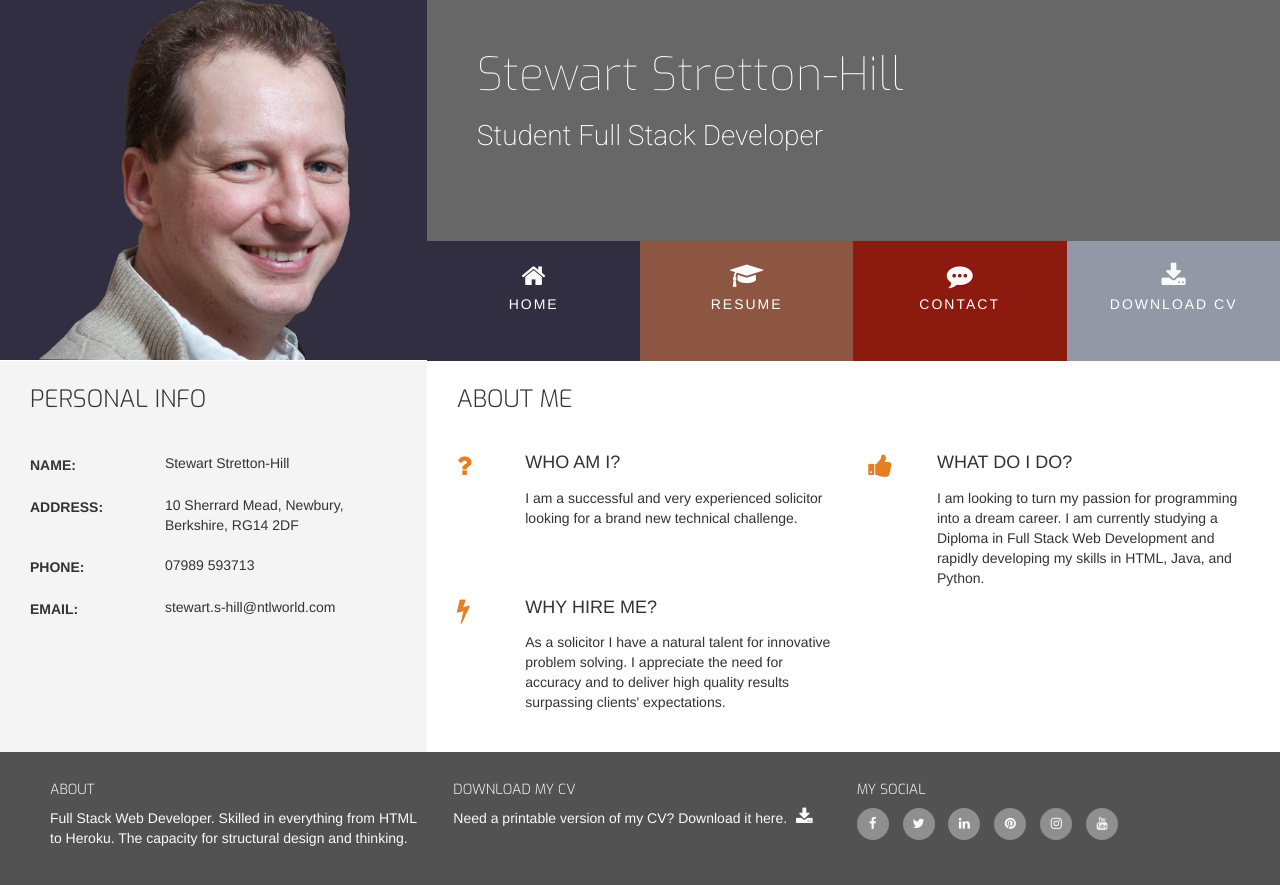
Repository: Shilldon/CV
Page: index.html
The author's editor kept a record of every edit. The page is drawn from the files as they stood at one moment, then again after the next edit.
The browser window is 1280 px wide. The pictures show the whole page.

Above is the page before.

### index.html
<!DOCTYPE html>
<html lang="en">

<head>
    <link rel="stylesheet" href="https://maxcdn.bootstrapcdn.com/bootstrap/3.3.7/css/bootstrap.min.css" type="text/css" />
    <link rel="stylesheet" href="https://stackpath.bootstrapcdn.com/font-awesome/4.7.0/css/font-awesome.min.css" type="text/css" />
    <link rel="stylesheet" href="https://cdnjs.cloudflare.com/ajax/libs/hover.css/2.3.1/css/hover-min.css" type="text/css" />
    <link rel="stylesheet" href="assets/css/style.css" type="text/css" />
    <meta name="viewport" content="width=device-width, initial-scale-1">
</head>

<body>
    <header class="container-fluid">
        <div class="row">
            <a href="index.html" alt="profile image">
                <div class="col-md-4 logo"></div>
            </a>
            <div class="col-md-8">
                <div class="row bg-color-name-title">
                    <div class="heading">
                        <h1 class="name">Stewart Stretton-Hill</h1>
                        <h2 class="title">Student Full Stack Developer</h2>
                    </div>
                </div>

                <div class="row">
                    <ul id="nav" class="list-inline clearfix">
                        <li class="col-xs-6 col-sm-3 ui-menu-color-home menuitem">
                            <a href="index.html" class="hvr-sweep-to-bottom"><i class="fa fa-home" aria-hidden="true"></i><span>Home</span></a>
                        </li>
                        <li class="col-xs-6 col-sm-3 ui-menu-color-resume menuitem">
                            <a href="resume.html" class="hvr-sweep-to-bottom"><i class="fa fa-graduation-cap" aria-hidden="true"></i><span>Resume</span></a>
                        </li>
                        <li class="col-xs-6 col-sm-3 ui-menu-color-contact menuitem">
                            <a href="contact.html" class="hvr-sweep-to-bottom"><i class="fa fa-commenting" aria-hidden="true"></i><span>Contact</span></a>
                        </li>
                        <li class="col-xs-6 col-sm-3 ui-menu-color-download menuitem">
                            <a href="assets/cv/sample-cv.pdf" target="_blank" class="hvr-sweep-to-bottom"><i class="fa fa-download" aria-hidden="true"></i><span>Download CV</span></a>
                        </li>
                    </ul>
                </div>
            </div>
        </div>
    </header>

    <section class="container-fluid">
        <div class="row row-table">
            <div class="col-xs-12 col-sm-12 col-md-4 bg-color-personal-info section-column">
                <div class="row">
                    <div class="col-md-12">
                        <h3 class="section-heading uppercase">Personal Info</h3>
                    </div>
                </div>
                <div class="personal-info-item">
                    <div class="key">
                        <p class="uppercase">Name:</p>
                    </div>
                    <div class="value">
                        <p>Stewart Stretton-Hill</p>
                    </div>
                </div>
                <div class="personal-info-item">
                    <div class="key">
                        <p class="uppercase">Address:</p>
                    </div>
                    <div class="value">
                        <p>10 Sherrard Mead, Newbury, Berkshire, RG14 2DF</p>
                    </div>
                </div>
                <div class="personal-info-item">
                    <div class="key">
                        <p class="uppercase">Phone:</p>
                    </div>
                    <div class="value">
                        <p>07989 593713</p>
                    </div>
                </div>
                <div class="personal-info-item">
                    <div class="key">
                        <p class="uppercase">Email:</p>
                    </div>
                    <div class="value">
                        <p>stewart.s-hill@ntlworld.com</p>
                    </div>
                </div>
            </div>
            <div class="col-xs-12 col-sm-12 col-md-8 bg-color-three-reasons section-column">
                <div class="row">
                    <div class="col-md-12">
                        <h3 class="section-heading uppercase">About Me</h3>
                    </div>
                </div>

                <div class="row">
                    <div class="col-xs-10 col-xs-offset-1 col-sm-offset-0 col-sm-4 col-md-6">
                        <div class="row">
                            <div class="col-xs-2 col-sm-2 col-md-2">
                                <i class="three-reasons-icon fa fa-question" aria-hidden="true"></i>
                            </div>
                            <div class="col-xs-10 col-sm-10 ">
                                <h4 class="three-reasons-heading uppercase">Who am I?</h4>
                                <p>
                                    I am a successful and very experienced solicitor looking for a brand new technical challenge.
                                </p>
                            </div>
                        </div>
                    </div>
                    <div class="col-xs-10 col-xs-offset-1 col-sm-offset-0 col-sm-4 col-md-6">
                        <div class="row">
                            <div class="col-xs-2 col-sm-2 col-md-2">
                                <i class="three-reasons-icon fa fa-thumbs-up" aria-hidden="true"></i>
                            </div>
                            <div class="col-xs-10 col-sm-10 ">
                                <h4 class="three-reasons-heading uppercase">What do I do?</h4>
                                <p>
                                    I am looking to turn my passion for programming into a dream career. I am currently studying a Diploma in Full Stack Web Development and rapidly developing my skills in HTML, Java, and Python.
                                </p>
                            </div>
                        </div>
                    </div>
                    <div class="col-xs-10 col-xs-offset-1 col-sm-offset-0 col-sm-4 col-md-6">
                        <div class="row">
                            <div class="col-xs-2 col-sm-2 col-md-2">
                                <i class="three-reasons-icon fa fa-bolt" aria-hidden="true"></i>
                            </div>
                            <div class="col-xs-10 col-sm-10 ">
                                <h4 class="three-reasons-heading uppercase">Why hire me?</h4>
                                <p>
                                    As a solicitor I have a natural talent for innovative problem solving. I appreciate the need for accuracy and to deliver high quality results surpassing clients' expectations.
                                </p>
                            </div>
                        </div>
                    </div>
                </div>
            </div>
        </div>
    </section>

    <footer class="container-fluid">
        <div id="footer-details" class="row">
            <div class="col-sm-4">
                <h5 class="uppercase general-sub">About</h5>
                <p class="inline-block">
                    Full Stack Web Developer. Skilled in everything from HTML to Heroku. The capacity for structural design and thinking.
                </p>
            </div>
            <div class="col-sm-4">
                <h5 class="uppercase general-sub">Download My CV</h5>
                <p class="inline-block">
                    Need a printable version of my CV? Download it here.
                    <a href="assets/cv/sample-cv.pdf" target="_blank" class="cv-pdf"><i class="fa fa-download" aria-hidden="true"></i></a>
                </p>
            </div>
            <div class="col-sm-4">
                <h5 class="uppercase general-sub">My Social</h5>
                <ul class="list-inline social-links">
                    <li><a target=".blank" href="#"><i class="fa fa-facebook"></i></a></li>
                    <li><a target=".blank" href="#"><i class="fa fa-twitter"></i></a></li>
                    <li><a target=".blank" href="#"><i class="fa fa-linkedin"></i></a></li>
                    <li><a target=".blank" href="#"><i class="fa fa-pinterest"></i></a></li>
                    <li><a target=".blank" href="#"><i class="fa fa-instagram"></i></a></li>
                    <li><a target=".blank" href="#"><i class="fa fa-youtube"></i></a></li>
                </ul>
            </div>
        </div>

    </footer>
</body>

</html>

### assets/css/style.css
@import url('https://fonts.googleapis.com/css?family=Roboto:100,200,300,400,500,600,700|Exo:100,200,300,400,500,600,700');

/*-------------------------------------------Colors*/

.bg-color-name-title {
    background-color: #676767;
}

.bg-color-three-reasons {
    background-color: #ffffff;
}

.bg-color-personal-info {
    background-color: #f4f4f4;
}

.bg-color-work-history {
    background-color: #9b59b6;
}

.bg-color-contact {
    background-color: #ffffff;
}

.ui-menu-color-home {
    background-color: #302E40;
}

.ui-menu-color-resume {
    background-color: #8C5642;
}

.ui-menu-color-contact {
    background-color: #8C1A0F;
}

.ui-menu-color-download {
    background-color: #9298A6;
}


/*-------------------------------------------Special Padding/Margins/Text*/

h1,
h2,
h3,
h4 {
    margin: 0;
}

.uppercase {
    text-transform: uppercase;
}

.general-sub {
    font-family: "Exo", sans-serif;
    font-weight: 300;
    color: #fafafa;
}

.inline-block {
    display: inline-block;
}

.row-table {
    display: table;
}

.history-heading,
.section-heading {
    font-family: "Exo", sans-serif;
    font-weight: 300;
    margin-top: 25px;
    margin-bottom: 40px;
}

/*-------------------------------------------Heading*/

header {
    margin: 0;
}

.heading {
    margin-left: 50px;
}

.logo {
    background: url("../images/headshot.jpg");
    background-position: center;
    background-repeat: no-repeat;
    background-size: cover;
    min-height: 360px;
    transition: all .5s ease-in-out;
    -moz-transition: all .5s ease-in-out;
    -webkit-transition: all .5s ease-in-out;
}

.name {
    font-family: "Exo", sans-serif;
    font-weight: 100;
    font-size: 46px;
    margin-top: 50px;
    color: #ffffff;
}

.title {
    font-family: "Roboto", sans-serif;
    font-weight: 200;
    font-size: 28px;
    margin-top: 20px;
    margin-bottom: 90px;
    color: #ffffff;
}

#nav {
    margin: 0;
}

#nav li {
    padding: 0;
}

.menuitem {
    height: 120px;
    text-align: center;
    padding: 0;
}

.menuitem a {
    width: 100%;
    text-decoration: none;
    color: #ffffff;
    height: 120px;
}

.menuitem a i {
    padding-top: 22px;
    display: block;
    color: #fafafa;
    font-size: 26px;
}

.menuitem span {
    display: block;
    width: 100%;
    padding-top: 5px;
    text-align: center;
    text-transform: uppercase;
    font-size: 14px;
    font-weight: 300;
    letter-spacing: 2px;
}

/*-------------------------------------------Hover.css*/

.hvr-sweep-to-bottom:before {
    background: rgba(0, 0, 0, 0.2);
    height: 120px;
}


/*-------------------------------------------Footer*/

footer {
    background-color: #525252;
    color: #fafafa;
    min-height: 120px;
    margin: 0;
}

footer .cv-pdf i {
    color: #fafafa;
    text-align: center;
    font-size: 18px;
    padding-left: 5px;
}

footer .cv-pdf i:hover {
    color: #e84610;
    transition: all 0.35s ease-in-out;
    -moz-transition: all 0.35s ease-in-out;
    -webkit-transition: all 0.35s ease-in-out;
    -o-transition: all 0.35s ease-in-out;
}

.social-links {
    padding-bottom: 15px;
}

.social-links li a i {
    width: 32px;
    height: 32px;
    padding: 12px 0;
    border-radius: 50%;
    font-size: 13px;
    line-height: 7px;
    text-align: center;
    color: #fafafa;
    background: #8f8f8f;
    transition: all 0.35s ease-in-out;
    -moz-transition: all 0.35s ease-in-out;
    -webkit-transition: all 0.35s ease-in-out;
    -o-transition: all 0.35s ease-in-out;

}

.social-links li a i:hover {
    background: #e84610;

}

#footer-details {
    margin: 20px;
}


/*-------------------------------------------Three Reasons*/

.three-reasons-icon {
    font-size: 26px;
    color: #e67e22;

}

.three-reasons-heading {
    margin-bottom: 15px;

}


/*-------------------------------------------Personal Info*/

.personal-info-item {
    margin-bottom: 20px;
    display: block;
    clear: both;

}

.personal-info-item .key,
.personal-info-item .value {
    padding-right: 8px;
}

.personal-info-item .key p,
.personal-info-item .value p {
    margin: 0;
}

.personal-info-item .key {
    display: inline-block;
    width: 30%;
    margin-right: 21px;
    padding-top: 2px;
    vertical-align: top;
}

.personal-info-item .key p {
    font-weight: 700;
}

.personal-info-item .value {
    display: inline-block;
    position: relative;
    width: 60%;
}

/*-------------------------------------------Skills*/

.progress {
    position: relative;
    height: 25px;
}

.progress-type {
    position: absolute;
    /*so text will sit on the progress bar */
    left: 0px;
    font-weight: 400;
    padding: 3px 30px 2px 10px;
    color: #fafafa;
    background-color: rgba(25, 25, 25, 0.2);
}

.progress-section {
    margin: 40px 20px;
}

/*-------------------------------------------Work History*/

.timeline-item {
    padding: 4em 2em 0em 2em;
    position: relative;
    color: #fafafa;
    border-left: 1px solid;
}

.timeline-item p {
    padding: 0;
    margin: 0;

}



.timeline-item::before {
    /*before is a pseudo element */
    content: attr(dates);
    /*search for attribute called dates and display value assocaited with that dates key */
    /*content - i.e. put in whatever the value of content is */
    position: absolute;
    left: 2.5em;
    top: 3em;
    display: block;
    font-family: "Exo", sans-serif;
    font-weight: 500;
    font-size: 0.8em;
    padding: 0;
    margin: 0;

}

.timeline-item::after {
    width: 12px;
    height: 12px;
    display: block;
    top: 2.4em;
    position: absolute;
    left: -6px;
    border-radius: 12px;
    content: '';
    background: #fafafa;
}


.history-heading {
    color: #fafafa;
    margin-bottom: 50px;
}

.history-items {
    margin-bottom: 30px;
}

/*-------------------------------------------Contact*/

.contact-heading {
    font-family: "Exo", sans-serif;
    font-weight: 300;
    margin-top: 25px;
    margin-bottom: 20px;
}

.center-form {
    padding-top: 10px;
    margin: 0 auto;
    max-width: 70%;
}

button[type="submit"] {
    margin-top: 15px;
    margin-bottom: 20px;
    background-color: #e84610;
    color: #fafafa;
}

/*-------------------------------------------Media Queries*/

@media(min-width: 992px) {
    .section-column {
        padding: 0 30px 30px;
        float: none;
        display: table-cell;
    }

    .center-form {
        padding-top: 30px;
        min-height: 240px;
        margin: 0 auto;
        max-width: 50%;
    }
}

After the next edit:
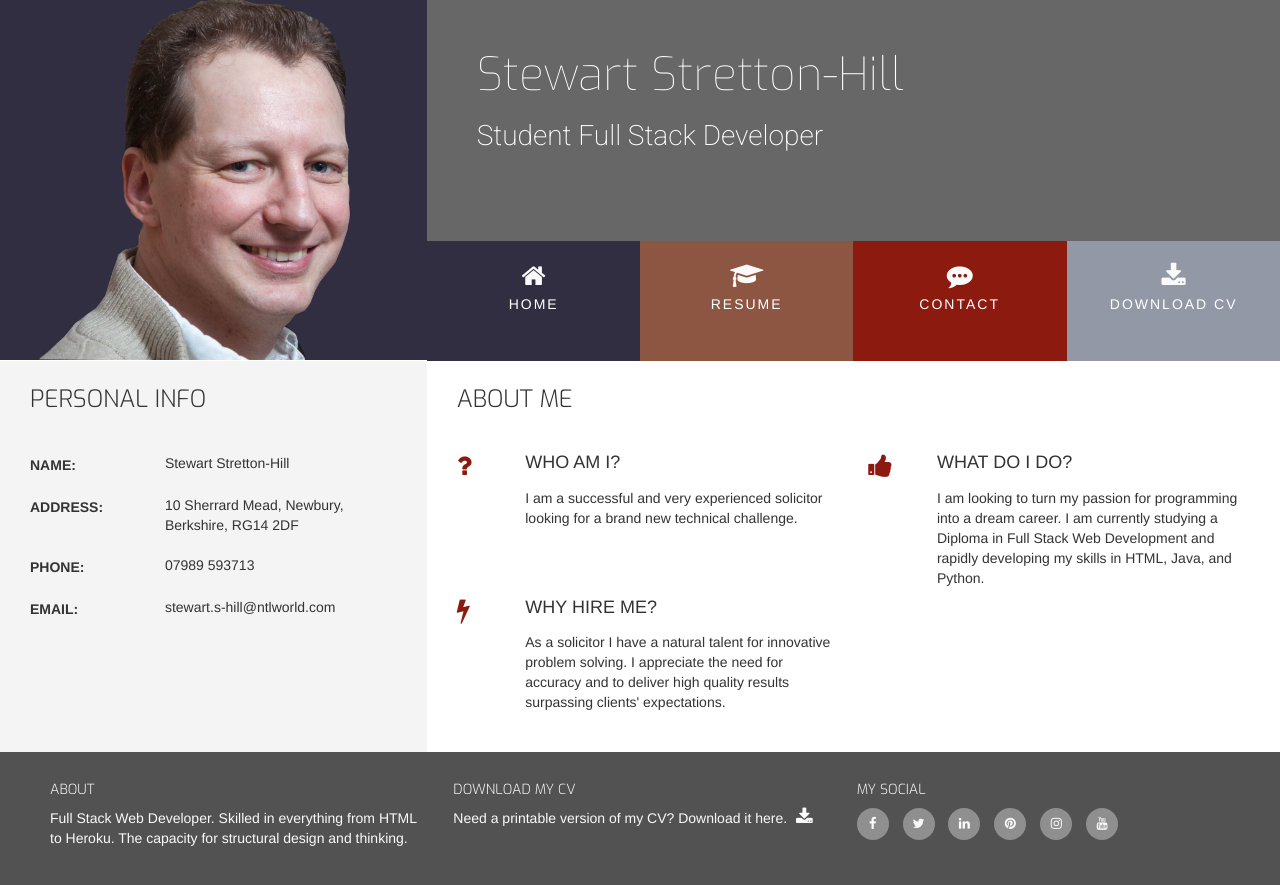
The edit:
--- a/assets/css/style.css
+++ b/assets/css/style.css
@@ -218,7 +218,7 @@
 
 .three-reasons-icon {
     font-size: 26px;
-    color: #e67e22;
+    color: #8C1A0F;
 
 }
 
